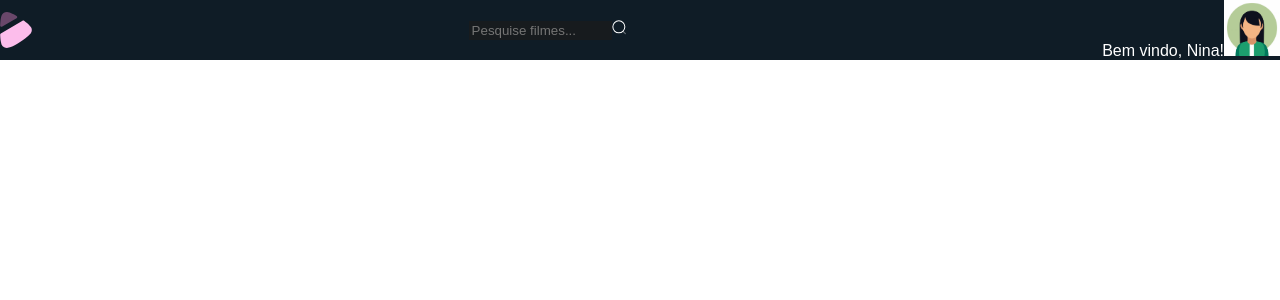
Repository: MilenaMelo/Cubos-Flix
Page: / (app in cubos-flix/)
An editor plug-in stored every save of this project. The page is shown before and after the next save, followed by the edit.
The browser window is 1280 px wide. The pictures show the whole page.
The project was rebuilt for these pictures with package versions that can differ from the ones it lists, and the page was loaded fresh each time.

Above is the page before, as saved 2021-06-19 13:09:44.

After the next save:
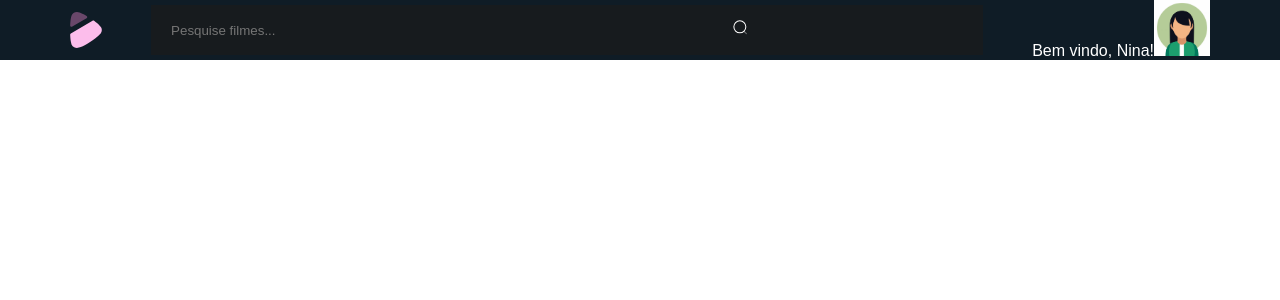
Saved 20 s later.
--- a/cubos-flix/src/components/Navbar/style.css
+++ b/cubos-flix/src/components/Navbar/style.css
@@ -2,16 +2,22 @@
     display: flex;
     align-items: center;
     justify-content: space-between;
+    padding: 0px 70px;
     background-color: #0f1c26;
 }
 
-.search-input {
+.search-container {
+    padding: 14px 16px;
+}
+
+.search-container, .search-input {
     width: 70%;
     outline: 0;
     background: #171b1e;
     border: 1px solid transparent;
 }
 
+
 .profile-img {
     height: 56px;
 }
